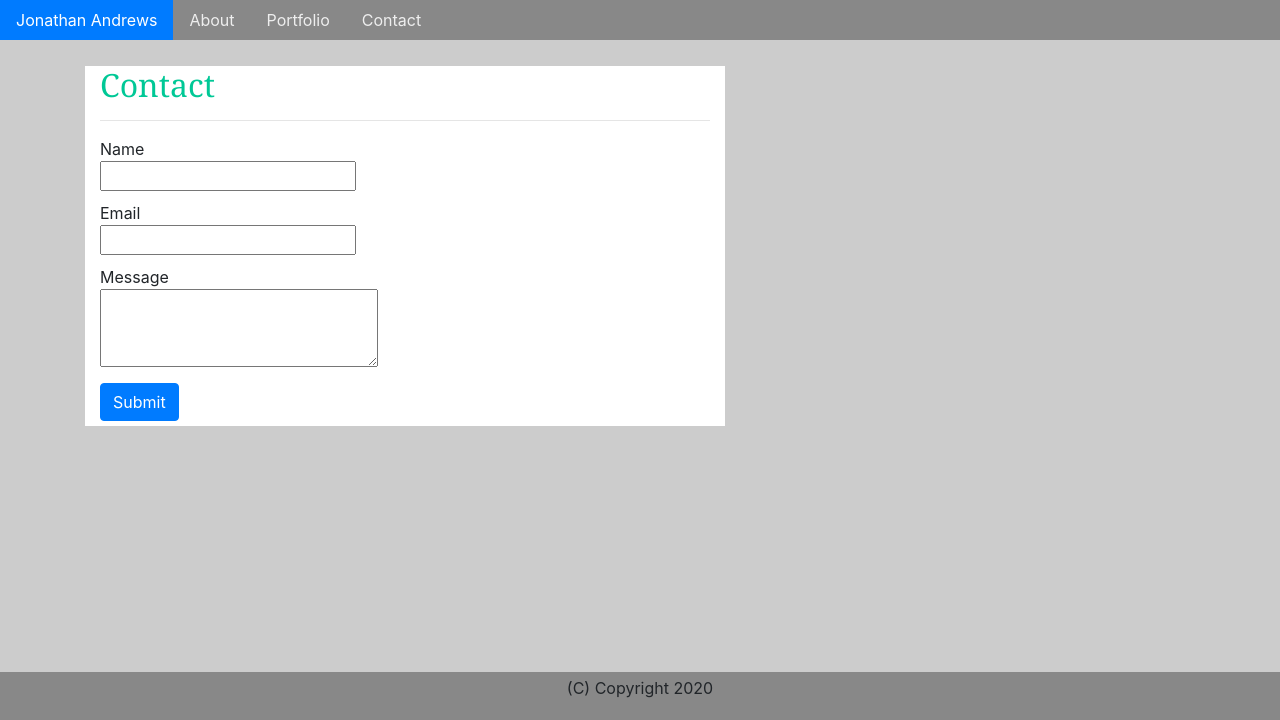
Repository: ionathas78/ionathas78.github.io
Page: contact.html
An editor plug-in stored every save of this project. The page is shown before and after the next save, followed by the edit.
The browser window is 1280 px wide. The pictures show the whole page.

Above is the page before, as saved 2020-03-17 19:04:24.

After the next save:
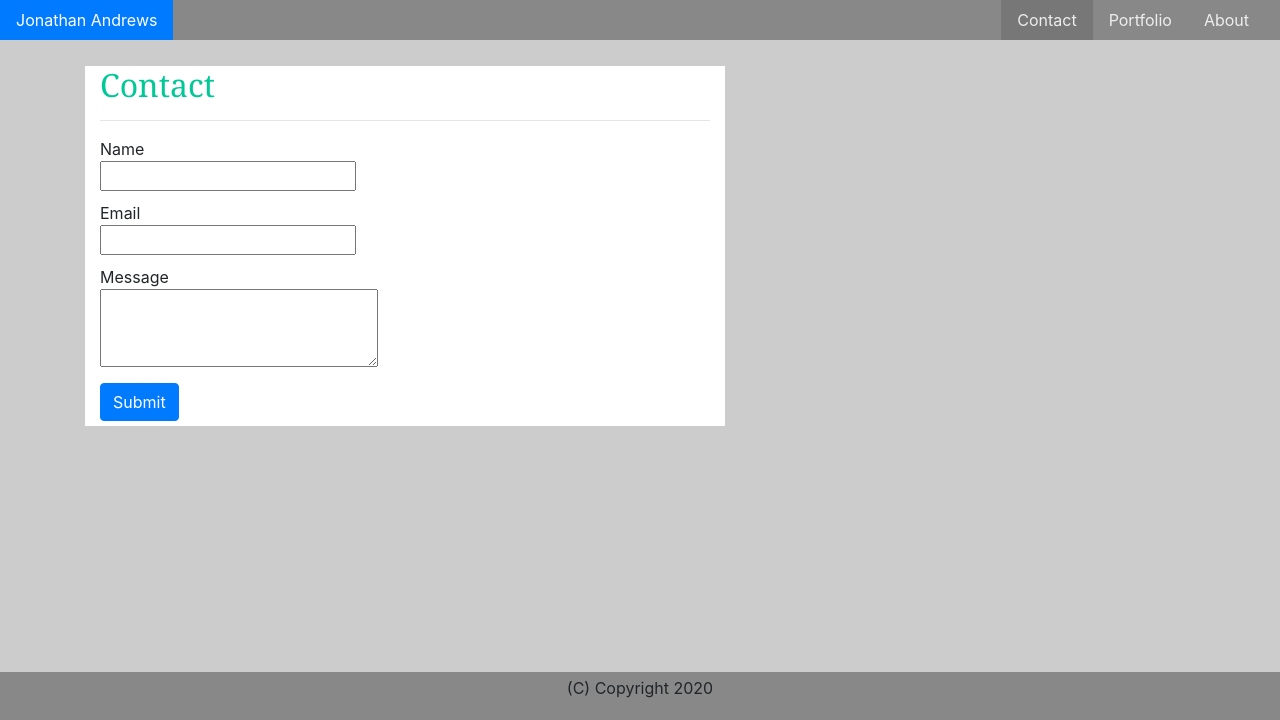
Saved 37 s later.
--- a/contact.html
+++ b/contact.html
@@ -9,25 +9,28 @@
 </head>
 <body style="background-color: #ccc">
     <header>
-        <ul class="nav" style="background-color: #888">
+        <ul class="nav col-sm-12 col-med-3 col-lg-3 float-left" style="background-color: #888;">
             <li class="nav-item bg-primary">
               <a class="nav-link active" href="#" style="color: white;">Jonathan Andrews</a>
             </li>
+        </ul>
+        <ul class="nav col-sm-12 col-med-9 col-lg-9 float-left" style="background-color: #888; flex-direction: row-reverse;">
             <li class="nav-item">
               <a class="nav-link" href="index.html" style="color: #eee;">About</a>
             </li>
             <li class="nav-item">
-              <a class="nav-link active" href="portfolio.html" style="color: #eee;">Portfolio</a>
+              <a class="nav-link" href="portfolio.html" style="color: #eee;">Portfolio</a>
             </li>
             <li class="nav-item">
-                <a class="nav-link active" href="contact.html" style="color: #eee;">Contact</a>
+                <a class="nav-link active" href="contact.html" style="background-color: #777; color: #eee;">Contact</a>
             </li>
         </ul>
     </header>
 
+
     <div class="container">
         <div class="row">
-            <div class="col-lg-4">
+            <div class="col-md-4">
                 <div class="container clearfix" style="width: 50vw; max-width: 900px; background-color: white; margin-top: 2vw;">
                     <h2 style="color: rgb(0, 200, 150); font-family: Georgia, 'Times New Roman', Times, serif; font-weight: 300%;">Contact</h2>
                     <hr>
